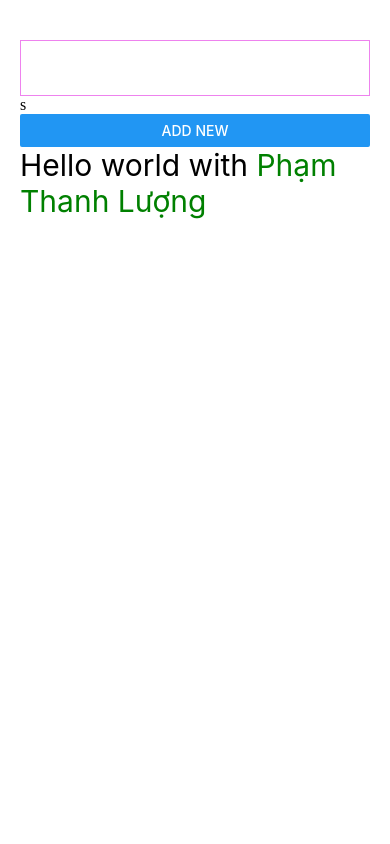
Repository: LuongPTCE181311/React-Native-Ultimate
Screen: /
These files come from the project's save history. The screen is drawn as it stood at one moment and after a run of saves; the edit follows.
The app was drawn by React Native's web renderer in a window 390 px wide. The project was rebuilt for these pictures with package versions that can differ from the ones it lists, and the page was loaded fresh each time. Some packages were replaced by stand-ins written for this rebuild.

Above is the screen before, as saved 2026-05-30 15:45:55.

After the next 2 saves:
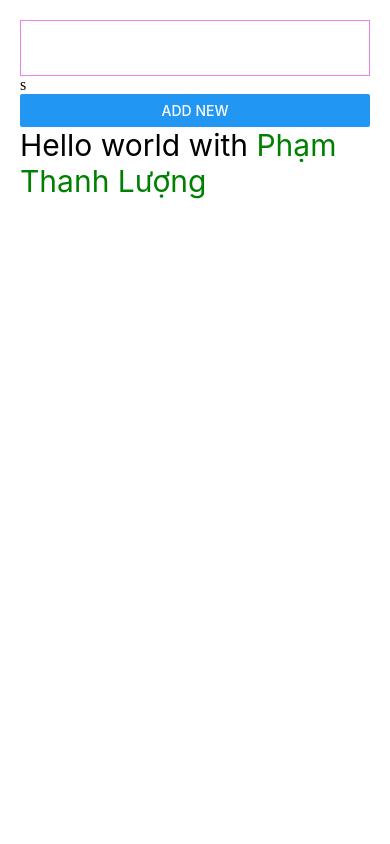
The 2 saves are shown as one change because they came seconds apart.
The last was saved 2 min 7 s later.
--- a/App.tsx
+++ b/App.tsx
@@ -51,7 +51,7 @@ const styles = StyleSheet.create({
     // alignItems: 'center',
     // justifyContent: 'center'
     padding: 20,
-    paddingTop: 40,
+    paddingTop: 20,
   },
   borderInput: {
     borderColor: "violet",
